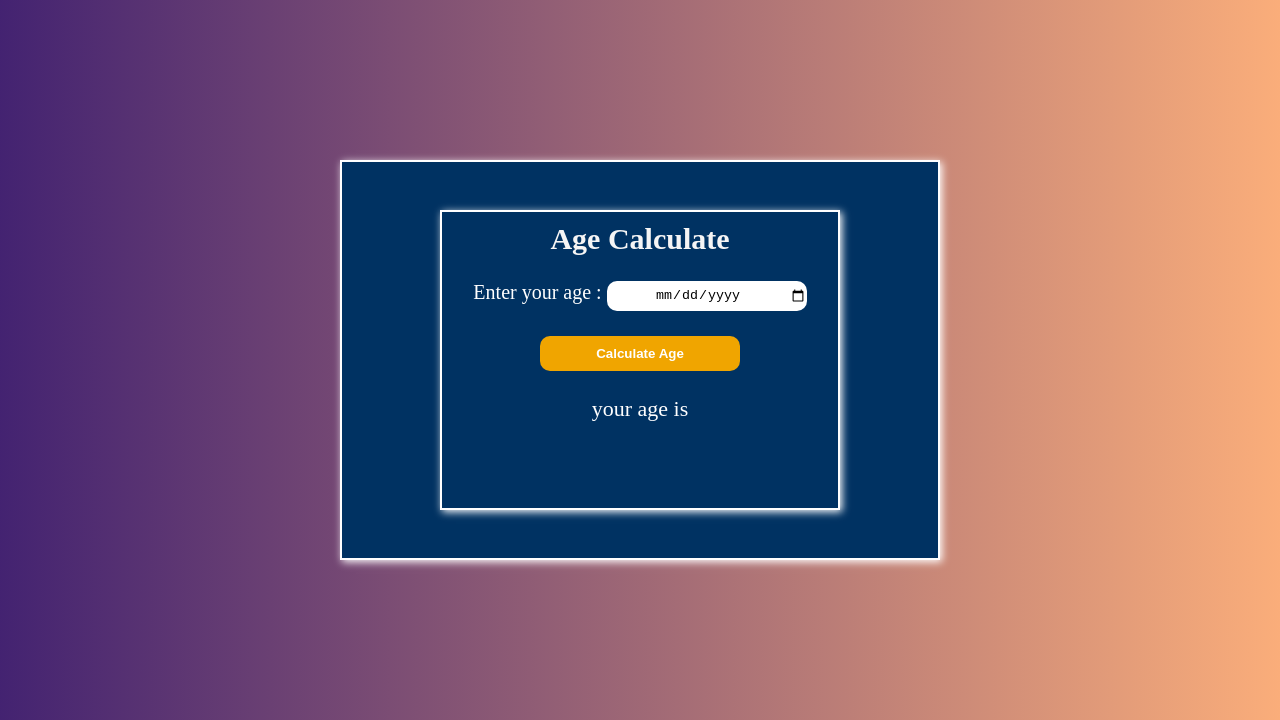
Repository: sristigupta04/basic-js-project
Page: age calculator/age.html
The author's editor kept a copy of each file at every save. The page is drawn from the files as they stood at one save, then again after the next save.
The browser window is 1280 px wide. The pictures show the whole page.

Above is the page before, as saved 2025-11-07 16:07:59.

After the next save:
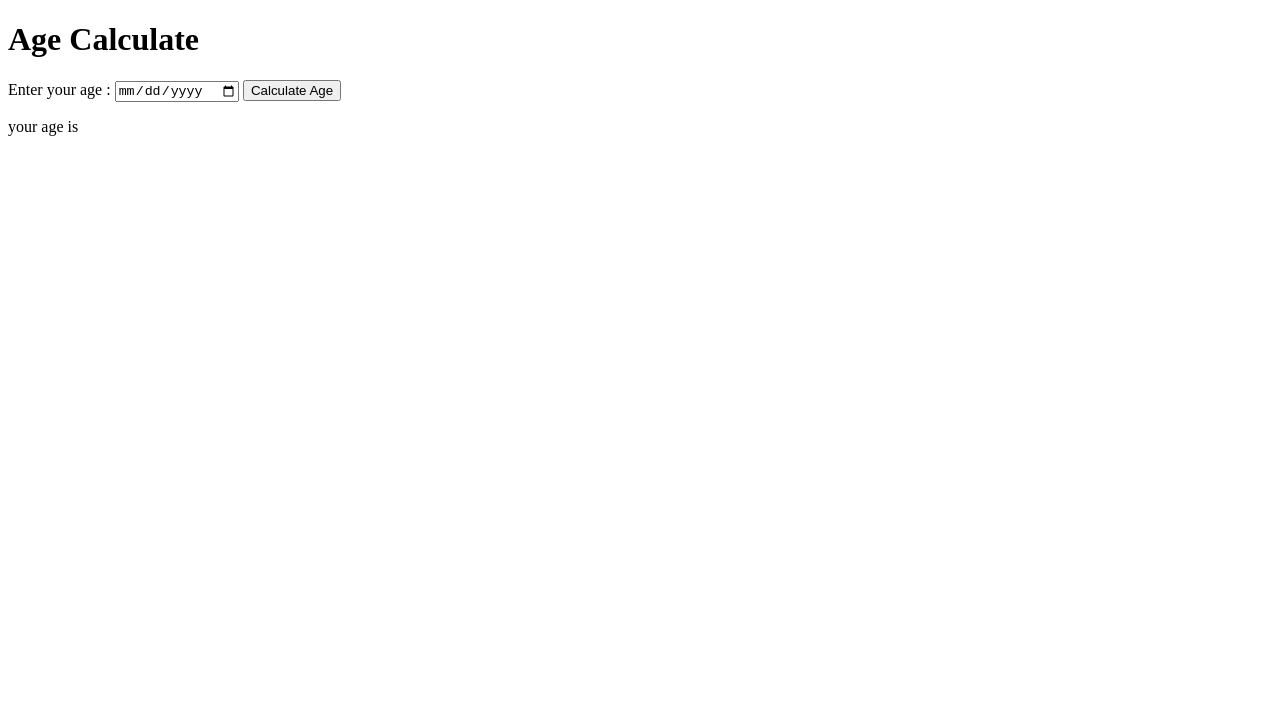
Saved 22 s later.
--- a/age calculator/age.css
+++ b/age calculator/age.css
@@ -85,81 +85,3 @@ background: linear-gradient(90deg, hsla(265, 53%, 29%, 1) 0%, hsla(24, 93%, 73%,
     border-radius: 10px;
     color:white;
 } */
-
-* {
-  padding: 0;
-  margin: 0;
-  box-sizing: border-box;
-}
-
-body {
-  display: flex;
-  justify-content: center;
-  align-items: center;
-  height: 100vh;
-  background: linear-gradient(90deg, hsla(265, 53%, 29%, 1) 0%, hsla(24, 93%, 73%, 1) 100%);
-}
-
-.main {
-  display: flex;
-  justify-content: center;
-  align-items: center;
-  border: 2px solid white;
-  height: 400px;
-  width: 600px;
-  box-shadow: 2px 2px 8px white;
-  font-size: 20px;
-  background-color: #003262;
-}
-
-.age {
-  background-color: #003262;
-  box-shadow: 2px 2px 8px white;
-  border: 2px solid white;
-  height: 300px;
-  width: 400px;
-  text-align: center;
-  padding-top: 10px;
-}
-
-.age h1 {
-  color: whitesmoke;
-  font-size: 30px;
-  margin-bottom: 15px;
-}
-
-.age label {
-  color: white;
-  font-size: 20px;
-}
-
-.age input {
-  height: 30px;
-  width: 200px;
-  margin: 10px 0;
-  border-radius: 10px;
-  border: none;
-  text-align: center;
-}
-
-.age button {
-  height: 35px;
-  width: 200px;
-  margin: 15px 0;
-  border-radius: 10px;
-  border: none;
-  background-color: #f0a500;
-  color: white;
-  font-weight: bold;
-  cursor: pointer;
-}
-
-.age button:hover {
-  background-color: #ffc107;
-}
-
-#realage {
-  color: white;
-  font-size: 22px;
-  margin-top: 10px;
-}
